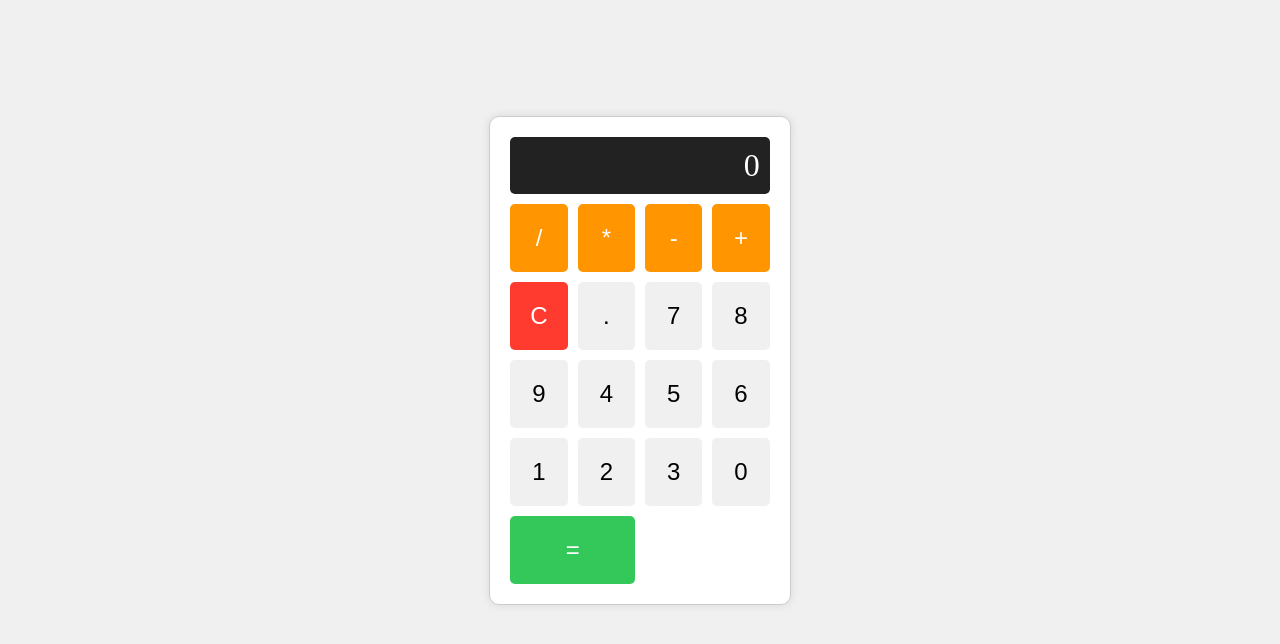
Repository: alizey12/calculator
Page: index.html
These files come from the project's save history. The page is drawn as it stood at one moment and after a run of saves; the edit follows.
The browser window is 1280 px wide. The pictures show the whole page.

Above is the page before, as saved 2024-11-23 18:33:24.

### index.html
<!DOCTYPE html>
<html lang="en">
<head>
    <meta charset="UTF-8">
    <meta name="viewport" content="width=device-width, initial-scale=1.0">
    <title>Document</title>
    <link rel="stylesheet" href="styles.css">
</head>
<body>


        <div class="calculator">
            <div class="display" id="display">0</div>
            <div class="buttons">
                <button class="btn operator">/</button>
                <button class="btn operator">*</button>
                <button class="btn operator">-</button>
                <button class="btn operator">+</button>
                <button class="btn" id="clear">C</button>
                <button class="btn">.</button>
                <button class="btn">7</button>
                <button class="btn">8</button>
                <button class="btn">9</button>

                <button class="btn">4</button>
                <button class="btn">5</button>
                <button class="btn">6</button>

                <button class="btn">1</button>
                <button class="btn">2</button>
                <button class="btn">3</button>

                <button class="btn">0</button>



                <button class="btn operator" id="equals">=</button>
            </div>
        </div>


    <script src="script.js"></script>
</body>
</html>

### styles.css
body {
    display: flex;
    justify-content: center;
    align-items: center;
    height: 100vh;
    background-color: #f0f0f0;
    margin: 0;
}

.calculator {
    border: 1px solid #ccc;
    border-radius: 10px;

    padding: 20px;
    background-color: #fff;
    box-shadow: 0 0 10px rgba(0, 0, 0, 0.1);
}

.display {
    font-size: 2em;
    margin-bottom: 10px;
    padding: 10px;

    background-color: #222;
    color: #fff;
    text-align: right;
    border-radius: 5px;
}
#display{
    height: 80%;
}
.buttons {
    display: grid;
    grid-template-columns: repeat(4, 1fr);
    gap: 10px;
}

.btn {
    padding: 20px;
    font-size: 1.5em;
    border: none;
    border-radius: 5px;
    background-color: #f0f0f0;
    cursor: pointer;
}

.btn.operator {
    background-color: #ff9500;
    color: #fff;
}

.btn#clear {
    background-color: #ff3b30;
    color: #fff;
}

.btn#equals {
    grid-column: span 2;
    background-color: #34c759;
    color: #fff;
}

Loaded but not shown: script.js (no copy from this time; the picture is the same without it)

After the next 2 saves:
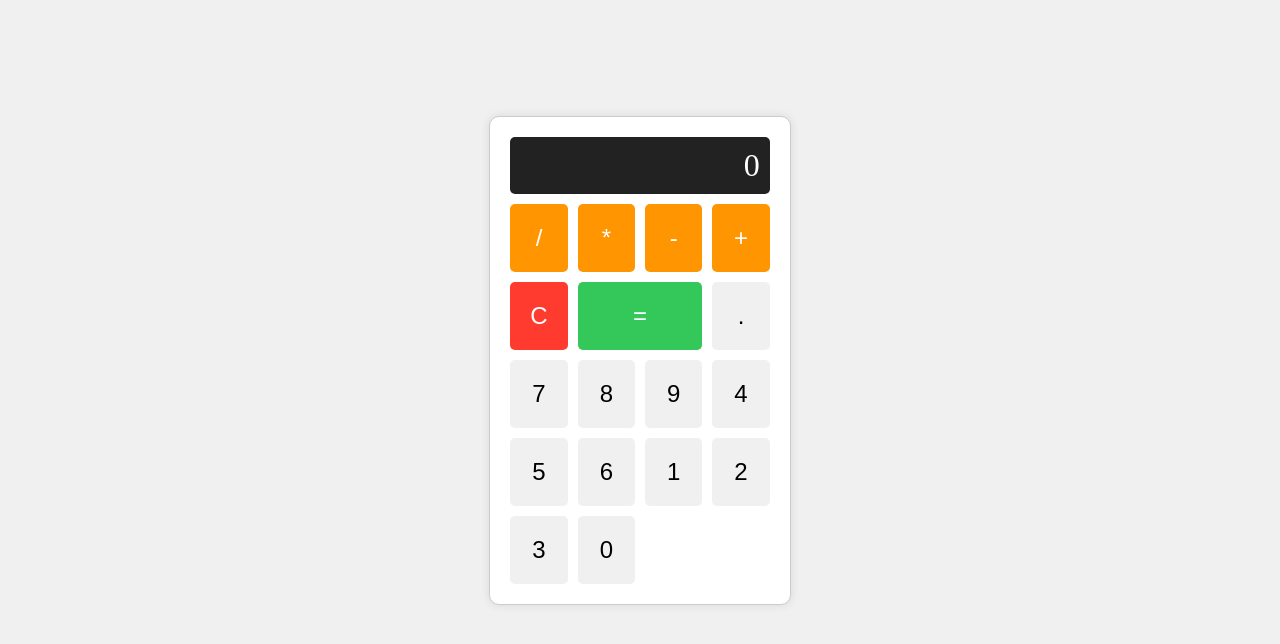
The 2 saves are shown as one change because they came seconds apart.
The last was saved 64 s later.
--- a/index.html
+++ b/index.html
@@ -17,6 +17,8 @@
                 <button class="btn operator">-</button>
                 <button class="btn operator">+</button>
                 <button class="btn" id="clear">C</button>
+                <button class="btn operator" id="equals">=</button>
+
                 <button class="btn">.</button>
                 <button class="btn">7</button>
                 <button class="btn">8</button>
@@ -34,7 +36,6 @@
 
 
 
-                <button class="btn operator" id="equals">=</button>
             </div>
         </div>
 
